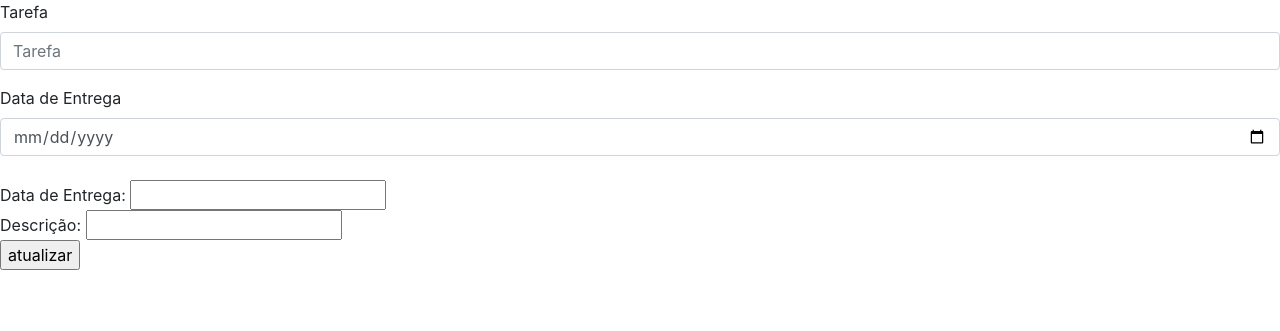
Repository: sophiaks/CRUD
Page: http://localhost/Projeto1/Views/atualiza.jsp
The author's editor kept a copy of each file at every save. The page is drawn from the files as they stood at one save, then again after the next save.
The browser window is 1280 px wide. The pictures show the whole page.
The page is served by Tomcat 9. Nobody is signed in. The application's start-up code is not run.

Above is the page before, as saved 2020-09-23 19:32:41.

After the next save:
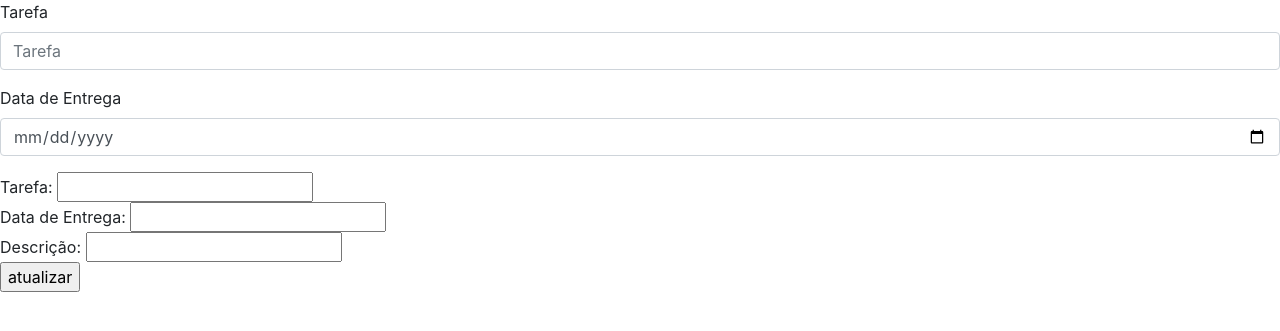
Saved 41 s later.
--- a/WorkspaceP1/Projeto1/WebContent/Views/atualiza.jsp
+++ b/WorkspaceP1/Projeto1/WebContent/Views/atualiza.jsp
@@ -24,7 +24,7 @@
 
 	<div class="form-group">
 			<label for="nome">Data de Entrega</label>
-			<input type="date" name="entrega" class="form-control" placeholder="Data de Entrega" value='${param.entrega}>
+			<input type="date" name="entrega" class="form-control" placeholder="Data de Entrega">
 	</div>
 
 
